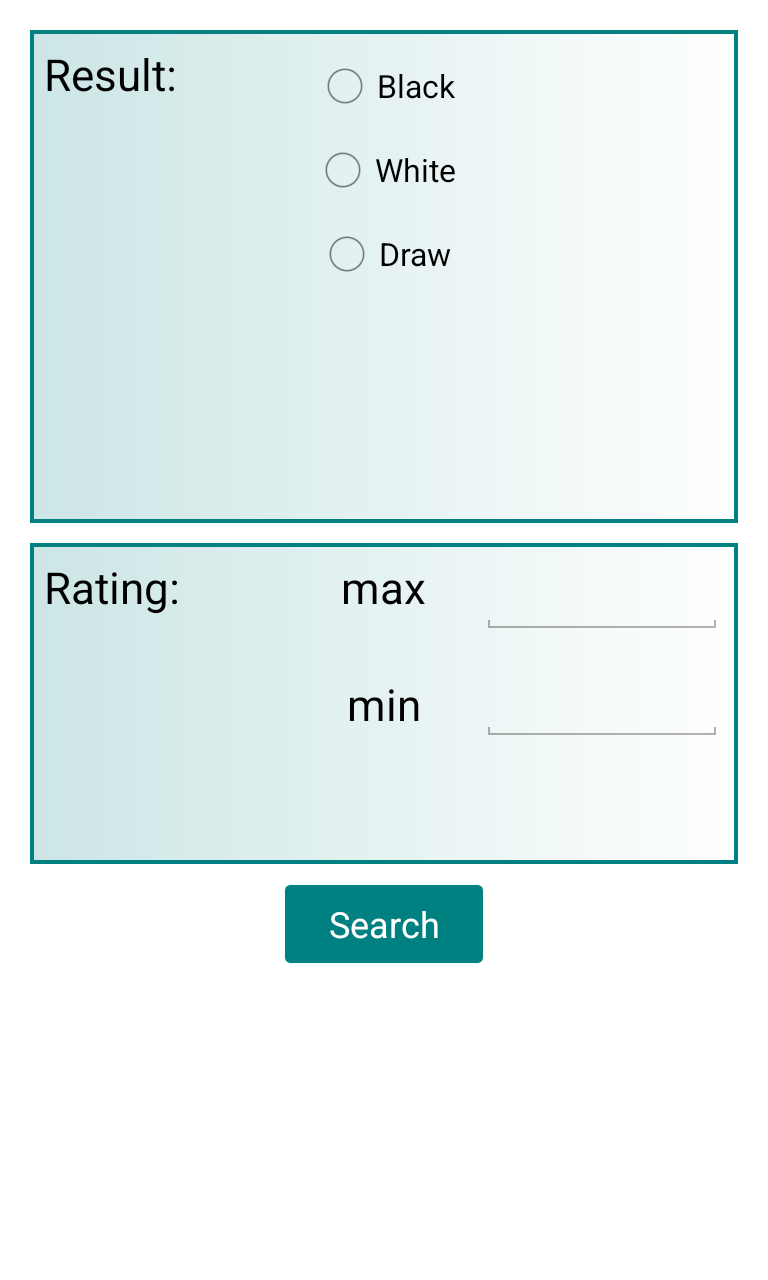
Repository: zyixc/ProjectChessV2
Layout: ChessMasters/res/layout/fragment_compare_screen.xml
These files come from the project's save history. The layout is drawn as it stood at one moment and after the next save; the edit follows.
It is drawn on a 768 x 1280 px phone screen (xhdpi) without system bars, with theme AppTheme; the app's code is not run.

Above is the layout before, as saved 2014-06-25 13:19:11.

### ChessMasters/res/layout/fragment_compare_screen.xml
<LinearLayout
    android:orientation="vertical"
    android:layout_width="fill_parent"
    android:layout_height="fill_parent"
    android:padding="5sp"
    xmlns:android="http://schemas.android.com/apk/res/android"
    android:weightSum="1">

    <FrameLayout
        android:layout_width="match_parent"
        android:layout_height="wrap_content"
        android:background="@drawable/customborder"
        android:layout_weight="0.3">

        <TextView
            android:layout_width="wrap_content"
            android:layout_height="wrap_content"
            android:textAppearance="@android:style/TextAppearance.DeviceDefault.Large"
            android:text="@string/compare_screen_result"
            android:id="@+id/FCS_result_view"
            android:layout_gravity="left|top" />

        <RadioGroup
            android:layout_width="fill_parent"
            android:layout_height="match_parent"
            android:layout_gravity="center_horizontal|top"
            android:id="@+id/FCS_Result_RadioGroup">

            <RadioButton
                android:layout_width="wrap_content"
                android:layout_height="wrap_content"
                android:text="@string/compare_screen_result_black"
                android:id="@+id/FCS_result_black_radioButton"
                android:layout_gravity="center_horizontal|bottom"
                android:checked="false" />

            <RadioButton
                android:layout_width="wrap_content"
                android:layout_height="wrap_content"
                android:text="@string/compare_screen_result_white"
                android:id="@+id/FCS_result_white_radioButton"
                android:layout_gravity="center_horizontal|top"
                android:singleLine="true"
                android:checked="false" />

            <RadioButton
                android:layout_width="wrap_content"
                android:layout_height="wrap_content"
                android:text="@string/compare_screen_result_draw"
                android:id="@+id/FCS_result_draw_radioButton"
                android:layout_gravity="center"
                android:checked="false" />
        </RadioGroup>
    </FrameLayout>

    <FrameLayout
        android:layout_width="match_parent"
        android:layout_height="wrap_content"
        android:background="@drawable/customborder"
        android:layout_weight="0.30">

        <TextView
            android:layout_width="wrap_content"
            android:layout_height="wrap_content"
            android:textAppearance="@android:style/TextAppearance.DeviceDefault.Large"
            android:text="@string/compare_screen_rating"
            android:id="@+id/FCS_rating_textView"
            android:layout_gravity="left|top" />

        <TextView
            android:layout_width="wrap_content"
            android:layout_height="wrap_content"
            android:textAppearance="@android:style/TextAppearance.DeviceDefault.Large"
            android:text="@string/compare_screen_rating_max"
            android:id="@+id/FCS_rating_max"
            android:layout_gravity="center_horizontal|top" />

        <TextView
            android:layout_width="wrap_content"
            android:layout_height="wrap_content"
            android:textAppearance="@android:style/TextAppearance.DeviceDefault.Large"
            android:text="@string/compare_screen_rating_min"
            android:id="@+id/FCS_rating_min"
            android:layout_gravity="center" />

        <EditText
            android:layout_width="122dp"
            android:layout_height="wrap_content"
            android:inputType="number"
            android:ems="10"
            android:id="@+id/FCS_rating_max_editText"
            android:layout_gravity="top|right" />

        <EditText
            android:layout_width="122dp"
            android:layout_height="wrap_content"
            android:inputType="number"
            android:ems="10"
            android:id="@+id/FCS_rating_min_editText"
            android:layout_gravity="right|center_vertical" />

    </FrameLayout>

    <Button
        android:layout_width="100sp"
        android:layout_height="40sp"
        android:background="@drawable/btnborder"
        android:textColor="#ffffff"
        android:text="@string/compare_screen_search_button"
        android:id="@+id/FCS_Search_Button"
        android:layout_gravity="center_horizontal" />

</LinearLayout>

### ChessMasters/res/values/styles.xml
<resources>

    <!-- Base application theme. -->
    <style name="AppTheme" parent="android:Theme.Holo.Light.DarkActionBar">
        <item name="android:layout_marginLeft">5dip</item>
        <item name="android:layout_marginRight">5dip</item>
        <item name="android:layout_marginTop">5dip</item>
        <item name="android:layout_marginBottom">5dip</item>
    </style>

</resources>

### ChessMasters/res/drawable-hdpi/customborder.xml
<?xml version="1.0" encoding="utf-8"?>

<shape xmlns:android="http://schemas.android.com/apk/res/android" android:shape="rectangle">
    <corners android:radius="0dp"/>
    <padding android:left="2dp" android:right="2dp" android:top="2dp" android:bottom="2dp"/>
    <gradient android:angle="0" android:startColor="#cce5e5" android:endColor="#FFFFFF"/>
    <stroke android:width="2dp" android:color="#008080"/>
</shape>

### ChessMasters/res/values/strings.xml
<?xml version="1.0" encoding="utf-8"?>
<resources>
    <!--Start screen-->
    <string name="app_name">Chess Master</string>
    <string name="action_settings">Settings</string>
    <string name="action_player_search_screen">PS</string>
    <string name="action_game_search_screen">GS</string>
    <string name="start_screen_player_search_button">Search Player</string>
    <string name="start_screen_game_search_button">Search Game</string>
    <string name="null_value">null</string>

    <!--compare screen -->
    <string name="compare_screen_result">Result:</string>
    <string name="compare_screen_result_white">White</string>
    <string name="compare_screen_result_black">Black</string>
    <string name="compare_screen_result_draw">Draw</string>
    <string name="compare_screen_rating">Rating:</string>
    <string name="compare_screen_rating_min">min</string>
    <string name="compare_screen_rating_max">max</string>
    <string name="compare_screen_rating_checkedbox_at_least_one">at least one</string>
    <string name="compare_screen_rating_checkedbox_both">both</string>
    <string name="compare_screen_search_button">Search</string>

    <!--game search screen -->
    <string name="game_search_screen_result">Result:</string>
    <string name="game_search_screen_result_white">White</string>
    <string name="game_search_screen_result_black">Black</string>
    <string name="game_search_screen_result_draw">Draw</string>
    <string name="game_search_screen_rating">Rating:</string>
    <string name="game_search_screen_rating_min">min</string>
    <string name="game_search_screen_rating_max">max</string>
    <string name="game_search_screen_whiteopening">White opening</string>
    <string name="game_search_screen_whiteopening_1st">1st</string>
    <string name="game_search_screen_whiteopening_2nd">2nd</string>
    <string name="game_search_screen_whiteopening_3rd">3rd</string>
    <string name="game_search_screen_blackopening">Black opening</string>
    <string name="game_search_screen_blackopening_1st">1st</string>
    <string name="game_search_screen_blackopening_2nd">2nd</string>
    <string name="game_search_screen_blackopening_3rd">3rd</string>
    <string name="game_search_screen_eco">Eco:</string>
    <string name="game_search_screen_button_search">Search</string>

    <!--player search screen-->
    <string name="player_search_screen">Search by LastName</string>
    <string name="player_search_screen_search_button">Search</string>

    <!--player profile screen-->
    <string name="player_profile_screen_player_name">Name:</string>
    <string name="player_profile_screen_player_rating">Recent Rating:</string>
    <string name="player_profile_screen_player_number_of_game">#Games:</string>
    <string name="player_profile_screen_player_number_of_game_textView">23</string>
    <string name="player_profile_screen_player_white_opening">White opening pref.:</string>
    <string name="player_profile_screen_player_white_opening_symbol">#</string>
    <!--Game search Result List screen-->

    <!--Game Detail screen-->
    <string name="game_detail_screen_player_black">Black:</string>
    <string name="game_detail_screen_player_white">White:</string>
    <string name="game_detail_screen_compare_button">Compare</string>
    <string name="game_detail_screen_result">Result:</string>
</resources>

### ChessMasters/res/drawable-hdpi/btnborder.xml
<?xml version="1.0" encoding="utf-8"?>
<shape xmlns:android="http://schemas.android.com/apk/res/android" android:shape="rectangle">
  <corners android:radius="3dp" />
  <padding android:left="2dp" android:right="2dp" android:top="2dp" android:bottom="2dp"/>
  <solid android:color="#008080"/>
  <stroke android:width="1px" android:color="#ffffff" />
</shape>

After the next save:
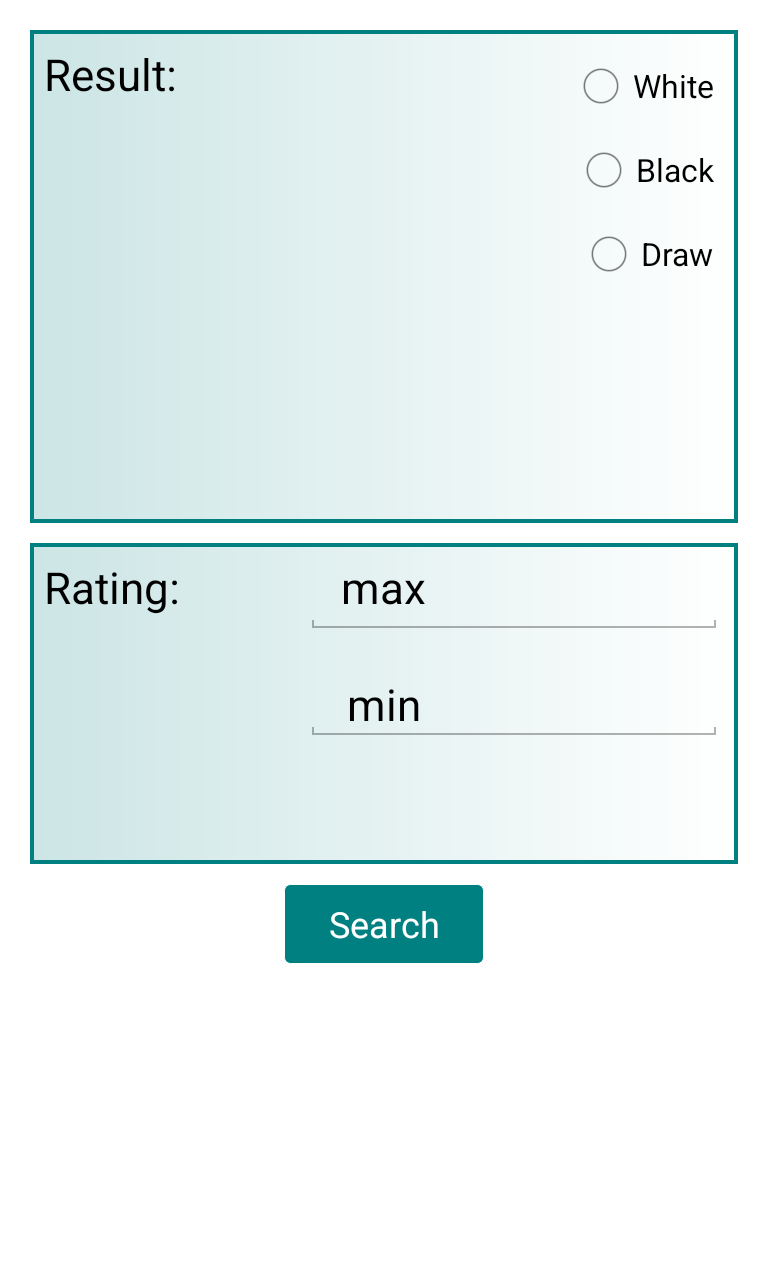
Saved 108 s later.
--- a/ChessMasters/res/layout/fragment_compare_screen.xml
+++ b/ChessMasters/res/layout/fragment_compare_screen.xml
@@ -27,29 +27,30 @@
             android:id="@+id/FCS_Result_RadioGroup">
 
             <RadioButton
+                android:id="@+id/FCS_result_white_radioButton"
                 android:layout_width="wrap_content"
                 android:layout_height="wrap_content"
-                android:text="@string/compare_screen_result_black"
-                android:id="@+id/FCS_result_black_radioButton"
-                android:layout_gravity="center_horizontal|bottom"
-                android:checked="false" />
+                android:layout_gravity="top|right"
+                android:checked="false"
+                android:singleLine="true"
+                android:text="@string/compare_screen_result_white" />
 
             <RadioButton
+                android:id="@+id/FCS_result_black_radioButton"
                 android:layout_width="wrap_content"
                 android:layout_height="wrap_content"
-                android:text="@string/compare_screen_result_white"
-                android:id="@+id/FCS_result_white_radioButton"
-                android:layout_gravity="center_horizontal|top"
-                android:singleLine="true"
-                android:checked="false" />
+                android:layout_gravity="right|center"
+                android:checked="false"
+                android:text="@string/compare_screen_result_black" />
 
             <RadioButton
+                android:id="@+id/FCS_result_draw_radioButton"
                 android:layout_width="wrap_content"
                 android:layout_height="wrap_content"
-                android:text="@string/compare_screen_result_draw"
-                android:id="@+id/FCS_result_draw_radioButton"
-                android:layout_gravity="center"
-                android:checked="false" />
+                android:layout_gravity="bottom|right"
+                android:checked="false"
+                android:text="@string/compare_screen_result_draw" />
+
         </RadioGroup>
     </FrameLayout>
 
@@ -84,30 +85,30 @@
             android:layout_gravity="center" />
 
         <EditText
-            android:layout_width="122dp"
+            android:id="@+id/FCS_rating_max_editText"
+            android:layout_width="wrap_content"
             android:layout_height="wrap_content"
-            android:inputType="number"
+            android:layout_gravity="top|right"
             android:ems="10"
-            android:id="@+id/FCS_rating_max_editText"
-            android:layout_gravity="top|right" />
+            android:inputType="number" />
 
         <EditText
-            android:layout_width="122dp"
+            android:id="@+id/FCS_rating_min_editText"
+            android:layout_width="wrap_content"
             android:layout_height="wrap_content"
-            android:inputType="number"
+            android:layout_gravity="right|center_vertical"
             android:ems="10"
-            android:id="@+id/FCS_rating_min_editText"
-            android:layout_gravity="right|center_vertical" />
+            android:inputType="number" />
 
     </FrameLayout>
 
     <Button
+        android:id="@+id/FCS_Search_Button"
         android:layout_width="100sp"
         android:layout_height="40sp"
+        android:layout_gravity="center_horizontal"
         android:background="@drawable/btnborder"
-        android:textColor="#ffffff"
         android:text="@string/compare_screen_search_button"
-        android:id="@+id/FCS_Search_Button"
-        android:layout_gravity="center_horizontal" />
+        android:textColor="#ffffff" />
 
 </LinearLayout>
